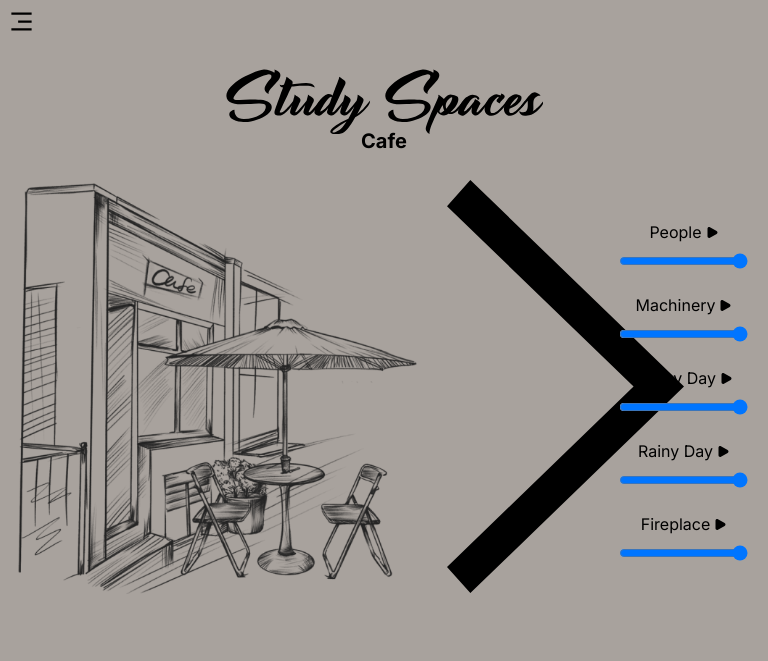
Repository: kaitlynlie/studyspaces
Page: / (app in studyspaces/)
The author's editor kept a copy of each file at every save. The page is drawn from the files as they stood at one save, then again after the next save.
The browser window is 768 px wide. The pictures show the whole page.
The project was rebuilt for these pictures with package versions that can differ from the ones it lists, and the page was loaded fresh each time. Also part of the build but not shown: studyspaces/vite.config.ts. Imported but missing from the stored project, and not drawn on this page: studyspaces/src/audio/fireplace.wav, studyspaces/src/audio/people.wav, studyspaces/src/audio/rain.wav, studyspaces/src/audio/softmachinery.mp3, studyspaces/src/audio/sun.wav.

Above is the page before, as saved 2023-09-28 23:54:36.

### studyspaces/index.html
<!DOCTYPE html>
<html lang="en">
  <head>
    <meta charset="UTF-8" />
    <link rel="icon" type="image/svg+xml" href="/vite.svg" />
    <meta name="viewport" content="width=device-width, initial-scale=1.0" />
    <title>Study Spaces</title>
  </head>
  <body>
    <div id="root"></div>
    <script type="module" src="/src/main.tsx"></script>
  </body>
</html>

### studyspaces/src/main.tsx
import React from 'react'
import ReactDOM from 'react-dom/client'
import App from './App'
import './index.scss'
import { BrowserRouter } from 'react-router-dom'

ReactDOM.createRoot(document.getElementById('root')!).render(
  <BrowserRouter>
    <App />
  </BrowserRouter>,
)

### studyspaces/src/App.tsx
import clsx from "clsx";
import { Route, Routes } from 'react-router-dom'
import React from "react";
import { Home } from "./pages/Home";
import { Navbar } from "./pages";

function App() {
  return (
    <>
      <div className={clsx("app", "w-full overflow-hidden")}>
          {/* <img
            src={tracks}
            alt='tracks'
            className={clsx(styles.tracks)}
          />  */}
        <Navbar />
        <Routes>
          <Route index path="/" element={<Home />} />
          {/* <Route path="about" element={<About />} />
          <Route path="membership" element={<Membership />} />
          <Route path="faq" element={<FAQ />} />
          <Route path="blog" element={<Blog />} />
          <Route path="careers" element={<Careers />} />
          <Route path='blog2' element={<Blog2 />} /> */}
      </Routes>
      </div>
    </>
  )
  }

export default App;

### studyspaces/src/index.scss
@import url("https://fonts.googleapis.com/css2?family=Inter:wght@400;500;600;700;800;900&display=swap");
// @import "./style/globals/general.scss";

@tailwind base;
@tailwind components;
@tailwind utilities;

:root {
  font-family: Inter;
  overflow-x: hidden;
}

@keyframes jump {
  0%, 100% {
    transform: translateY(0);
  }
  50% {
    transform: translateY(-20px);
  }
}

.jumping-word {
  display: inline-block;
  animation: jump 1s infinite;
}

### studyspaces/src/pages/Home.tsx
import styles from "./home.module.scss";
import clsx from "clsx";
import { title, coffee, leftarrow, rightarrow, play, pause } from "../assets";
import React, { ChangeEvent, useState, useRef } from 'react';
import { people, machinery, sunny, rainy, fire } from "../audio";
import { Navbar } from ".";
import { Link } from 'react-router-dom'
import { RiMenu3Line, RiCloseLine } from 'react-icons/ri';

export function Home() {
  const [sliderValues, setSliderValues] = useState({
    peopleVolumeSlider: 1,
    machVolumeSlider: 1,
    sunnyVolumeSlider: 1,
    rainyVolumeSlider: 1,
    fireVolumeSlider: 1,
  });

  const handleSliderChange = (event: ChangeEvent<HTMLInputElement>) => {
    const { id, value } = event.target;
    setSliderValues((prevValues) => ({
      ...prevValues,
      [id]: parseFloat(value),
    }));
  };

  const [isPlaying, setIsPlaying] = useState<AudioState>({});

  interface AudioState {
    [key: string]: boolean;
  }

  const handlePlayButtonClick = (audioId: string) => {
    setIsPlaying((prevState) => ({
      ...prevState,
      [audioId]: !prevState[audioId] || !prevState[audioId],
    }));
  };

  const [toggleMenu, setToggleMenu] = useState(false);
  const [nav, setNav] = useState(false);

  const openNav = () => {
    setNav(!nav);
  };

  return (
    <div className={clsx(styles.body)}>
        <section className={clsx(styles.home)}>
          <div className={clsx(styles.header)}>
            <div className={clsx(styles.studyspaces)}>
              <img src={title} className={clsx(styles.title)}/>
            </div>
          </div>
            <h4>Cafe</h4>
            <div className={clsx(styles.content)}>
              <div className={clsx(styles.hero)}>
                <img id="leftArrow" src={leftarrow} />
                <img src={coffee} className={clsx(styles.coffee)} />
                <img id="rightArrow" src={rightarrow} />
              </div>

              <div className={clsx(styles.audiolist)}>
                <div className={clsx(styles.audio)}>
                  <div className={clsx(styles.title)}>
                    <p>People</p>
                    <img
                      src={play}
                      width="11"
                      height="11"
                      id="peoplePlayButton"
                      onClick={() => handlePlayButtonClick("peopleAudioPlayer")}                    />
                  </div>
                  <audio id="peopleAudioPlayer">
                    <source src={people} type="audio/wav" />
                  </audio>
                  <input
                    type="range"
                    id="peopleVolumeSlider"
                    min={0}
                    max={1}
                    step={0.1}
                    value={sliderValues.peopleVolumeSlider}
                    onChange={handleSliderChange}
                  />
                </div>

                <div className={clsx(styles.audio)}>
                  <div className={clsx(styles.title)}>
                    <p>Machinery</p>
                    <img
                      src={play}
                      width="11"
                      height="11"
                      id="machPlayButton"
                      onClick={() => handlePlayButtonClick("machAudioPlayer")}
                    />
                  </div>
                  <audio id="machAudioPlayer">
                    <source src={machinery} type="audio/mp3" />
                  </audio>
                  <input
                    type="range"
                    id="machVolumeSlider"
                    min={0}
                    max={1}
                    step={0.1}
                    value={sliderValues.machVolumeSlider}
                    onChange={handleSliderChange}
                  />
                </div>

                <div className={clsx(styles.audio)}>
                  <div className={clsx(styles.title)}>
                    <p>Sunny Day</p>
                    <img
                      src={play}
                      width="11"
                      height="11"
                      id="sunnyPlayButton"
                      onClick={() => handlePlayButtonClick("sunnyAudioPlayer")}
                    />
                  </div>
                  <audio id="sunnyAudioPlayer">
                    <source src={sunny} type="audio/wav" />
                  </audio>
                  <input
                    type="range"
                    id="sunnyVolumeSlider"
                    min={0}
                    max={1}
                    step={0.1}
                    value={sliderValues.sunnyVolumeSlider}
                    onChange={handleSliderChange}
                  />
                </div>

                <div className={clsx(styles.audio)}>
                  <div className={clsx(styles.title)}>
                    <p>Rainy Day</p>
                    <img
                      src={play}
                      width="11"
                      height="11"
                      id="rainyPlayButton"
                      onClick={() => handlePlayButtonClick("rainyAudioPlayer")}
                    />
                  </div>
                  <audio id="rainyAudioPlayer">
                    <source src={rainy} type="audio/wav" />
                  </audio>
                  <input
                    type="range"
                    id="rainyVolumeSlider"
                    min={0}
                    max={1}
                    step={0.1}
                    value={sliderValues.rainyVolumeSlider}
                    onChange={handleSliderChange}
                  />
                </div>

                <div className={clsx(styles.audio)}>
                  <div className={clsx(styles.title)}>
                    <p>Fireplace</p>
                    <img
                      src={play}
                      width="11"
                      height="11"
                      id="firePlayButton"
                      onClick={() => handlePlayButtonClick("fireAudioPlayer")}
                    />
                  </div>
                  <audio id="fireAudioPlayer">
                    <source src={fire} type="audio/wav" />
                  </audio>
                  <input
                    type="range"
                    id="fireVolumeSlider"
                    min={0}
                    max={1}
                    step={0.1}
                    value={sliderValues.fireVolumeSlider}
                    onChange={handleSliderChange}
                  />
                </div>
              </div>
            </div>
        </section>
    </div>
  );
}

### studyspaces/src/pages/index.ts
import Navbar from "./Navbar";

export {
    Navbar
}

### studyspaces/src/pages/home.module.scss
body {
    background-color: rgb(168, 162, 157);
    section.home {
        padding: 10px;
        display: flex;
        flex-direction: column;
        justify-content: center;
        align-items: center;
        overflow-y: hidden;
        .header {
          display: flex;
          justify-content: space-between;
          align-items: center;
          .studyspaces {
            display: flex;
            justify-content: center;
            align-items: center;
            .title {
              margin-top: 20px;
            }
          }
          .toggle {
            margin-top: -20px;
            cursor: pointer;
            z-index: 10;
            display: flex;
            justify-content: flex-end;
            text-align: end;
            .box {
              display: flex;
              justify-content: flex-end;
              align-items: flex-end;
              flex-direction: column;
              text-align: end;
              background-color: #ffffffc9;
              padding: 30px;
              position: absolute;
              top: 40px;
              right: 10px;
              border-radius: 5px;
              box-shadow: 0 10px 20px 0 rgba(0, 0, 0, 0.5);
              z-index: 10;
              .dropdown {
                display: flex;
                justify-content: flex-end;
                align-items: flex-end;
                flex-direction: column;
                color: white;
                text-align: end;
                padding: 1px;
                li {
                  margin-top: 8px;
                  list-style-type: none;
                  text-decoration: none;
                  color: black;
                  a {
                    text-decoration: none;
                    color: black;
                  }
                }
              }
            }
          }
        }
        h4 {
            text-align: center;
            font-size: 20px;
            font-weight: 700;
            margin-top: -5px;
        }
        .content {
            display: flex;
            justify-content: space-between;
            gap: 200px;
            transition: gap 0.3s ease;
            // @media (max-width: 1089px) {
            //     gap: 50px;
            // }
            // @media (max-width: 919px) {
            //   flex-direction: column;
            // }
            .hero {
                display: flex;
                justify-content: center;
                gap: 30px;
                .coffee {
                    max-width: 550px;
                    max-height: 550px;
                    width: 100%;
                    height: 100%;
                    @media (max-width: 664px) {
                        max-width: 300px;
                        max-height: 300px;
                    }
                }
            }
            .audiolist {
                display: flex;
                flex-direction: column;
                align-items: center;
                justify-content: center;
                .audio {
                    display: flex;
                    flex-direction: column;
                    justify-content: center;
                    align-items: center;
                    .title {
                        display: flex;
                        flex-direction: row;
                        justify-content: center;
                        align-items: center;
                        gap: 5px;
                        img {
                            cursor: pointer;
                        }
                        .custom-range-slider {
                            appearance: none;
                            width: 100%;
                            height: 8px;
                            border-radius: 5px;
                            background-color: black;
                            outline: none;
                          }

                          .custom-range-slider::-webkit-slider-thumb {
                            appearance: none;
                            width: 16px;
                            height: 16px;
                            border-radius: 50%;
                            background-color: white;
                            cursor: pointer;
                          }

                          .custom-range-slider::-moz-range-thumb {
                            width: 16px;
                            height: 16px;
                            border-radius: 50%;
                            background-color: white;
                            cursor: pointer;
                          }

                          .custom-range-slider::-ms-thumb {
                            width: 16px;
                            height: 16px;
                            border-radius: 50%;
                            background-color: white;
                            cursor: pointer;
                          }
                        #peopleVolumeSlider {
                            -webkit-appearance: none;
                            appearance: none;
                            width: 100%;
                            height: 5px;
                            background-color: black; /* Set the default color of the track/bar */
                            outline: none;
                            position: relative;
                          }

                          #peopleVolumeSlider::-webkit-slider-thumb {
                            -webkit-appearance: none;
                            appearance: none;
                            width: 12px;
                            height: 12px;
                            background-color: black; /* Set the color of the slider thumb */
                            cursor: pointer;
                            border-radius: 50%;
                            position: relative;
                            z-index: 1;
                          }

                          #sunnyVolumeSlider {
                            -webkit-appearance: none;
                            appearance: none;
                            width: 100%;
                            height: 5px;
                            background-color: black; /* Set the default color of the track/bar */
                            outline: none;
                            position: relative;
                          }

                          #sunnyVolumeSlider::-webkit-slider-thumb {
                            -webkit-appearance: none;
                            appearance: none;
                            width: 12px;
                            height: 12px;
                            background-color: black; /* Set the color of the slider thumb */
                            cursor: pointer;
                            border-radius: 50%;
                            position: relative;
                            z-index: 1;
                          }

                          #rainyVolumeSlider {
                            -webkit-appearance: none;
                            appearance: none;
                            width: 100%;
                            height: 5px;
                            background-color: black; /* Set the default color of the track/bar */
                            outline: none;
                            position: relative;
                          }

                          #rainyVolumeSlider::-webkit-slider-thumb {
                            -webkit-appearance: none;
                            appearance: none;
                            width: 12px;
                            height: 12px;
                            background-color: black; /* Set the color of the slider thumb */
                            cursor: pointer;
                            border-radius: 50%;
                            position: relative;
                            z-index: 1;
                          }

                          #machVolumeSlider {
                            -webkit-appearance: none;
                            appearance: none;
                            width: 100%;
                            height: 5px;
                            background-color: black; /* Set the default color of the track/bar */
                            outline: none;
                            position: relative;
                          }

                          #machVolumeSlider::-webkit-slider-thumb {
                            -webkit-appearance: none;
                            appearance: none;
                            width: 12px;
                            height: 12px;
                            background-color: black; /* Set the color of the slider thumb */
                            cursor: pointer;
                            border-radius: 50%;
                            position: relative;
                            z-index: 1;
                          }

                          #fireVolumeSlider {
                            -webkit-appearance: none;
                            appearance: none;
                            width: 100%;
                            height: 5px;
                            background-color: black; /* Set the default color of the track/bar */
                            outline: none;
                            position: relative;
                          }

                          #fireVolumeSlider::-webkit-slider-thumb {
                            -webkit-appearance: none;
                            appearance: none;
                            width: 12px;
                            height: 12px;
                            background-color: black; /* Set the color of the slider thumb */
                            cursor: pointer;
                            border-radius: 50%;
                            position: relative;
                            z-index: 1;
                          }
                    }
                    input {
                        margin-top: -5px;
                        margin-bottom: 10px
                    }
                }
            }
        }
    }
}

### studyspaces/src/assets/index.ts
import title from './title.svg'
import coffee from './coffee.png'
import leftarrow from './leftarrow.svg'
import rightarrow from './rightarrow.svg'
import play from './play.svg'
import pause from './pause.svg'

export {
    title,
    coffee,
    leftarrow,
    rightarrow,
    play,
    pause
}

### studyspaces/src/audio/index.ts
import people from './people.wav'
import machinery from './softmachinery.mp3'
import sunny from './sun.wav'
import rainy from './rain.wav'
import fire from './fireplace.wav'

export {
    people,
    machinery,
    sunny,
    rainy,
    fire
}

### studyspaces/src/pages/Navbar.tsx
import React from 'react'
import styles from './Navbar.module.scss'
import clsx from 'clsx'
import { title } from '../assets'
import { Link } from 'react-router-dom'
import { useState } from 'react'
import { RiMenu3Line, RiCloseLine } from 'react-icons/ri';

const Navbar = () => {
  const [toggleMenu, setToggleMenu] = useState(false);
  const [nav, setNav] = useState(false);

  const openNav = () => {
    setNav(!nav);
  };

  return (
    <nav className={clsx(styles.navbar)}>
    <div className={clsx(styles.toggle)}>
        {toggleMenu
          ? <RiCloseLine color="#000" size={27} onClick={() => setToggleMenu(false)} />
          : <RiMenu3Line color="#000" size={27} onClick={() => setToggleMenu(true)} />}
        {toggleMenu && (
        <div className={clsx(styles.box)}>
          <div className="none">
            <ul className={clsx(styles.dropdown)}>
            <Link onClick={openNav} to='/'><li><a>Home</a></li></Link>
            <Link onClick={openNav} to='/about'><li><a>About</a></li></Link>
            <Link onClick={openNav} to='/membership'><li><a>Todo</a></li></Link>
            <Link onClick={openNav} to='/faq'><li><a>Timer</a></li></Link>
            </ul>
          </div>
        </div>
        )}
        </div>
  </nav>
  )
}

export default Navbar

### studyspaces/src/pages/Navbar.module.scss
nav.navbar {
    display: flex;
    flex-direction: row;
    align-items: center;
    justify-content: space-between;
    z-index: 10;
    .toggle {
      cursor: pointer;
      z-index: 10;
      .box {
        display: flex;
        justify-content: flex-end;
        align-items: flex-end;
        flex-direction: column;
        text-align: end;
        background-color: #ffffffc9;
        padding: 30px;
        position: absolute;
        top: 40px;
        right: 10px;
        border-radius: 5px;
        box-shadow: 0 10px 20px 0 rgba(0, 0, 0, 0.5);
        z-index: 10;
        .dropdown {
          display: flex;
          justify-content: flex-end;
          align-items: flex-end;
          flex-direction: column;
          color: white;
          text-align: end;
          padding: 1px;
          li {
            margin-top: 8px;
            list-style-type: none;
            text-decoration: none;
            color: black;
          }
        }
      }
    }
  }

After the next save:
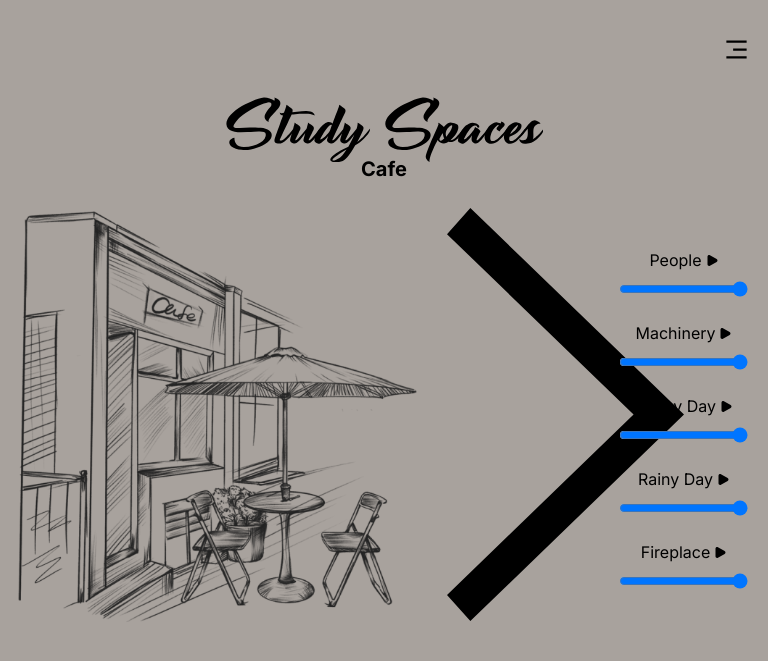
Saved 37 s later.
--- a/studyspaces/src/pages/Navbar.module.scss
+++ b/studyspaces/src/pages/Navbar.module.scss
@@ -1,41 +1,70 @@
 nav.navbar {
-    display: flex;
-    flex-direction: row;
-    align-items: center;
-    justify-content: space-between;
-    z-index: 10;
-    .toggle {
+  margin-top: 36px;
+  display: flex;
+  flex-direction: row;
+  align-items: center;
+  justify-content: flex-end;
+  ul {
+      // gap: 64px;
+      display: block;
+      @media (max-width: 790px) {
+          display: none;
+      }
+     a {
+      color: white;
       cursor: pointer;
+      margin-right: 64px;
+      font-weight: 700;
       z-index: 10;
-      .box {
-        display: flex;
-        justify-content: flex-end;
-        align-items: flex-end;
-        flex-direction: column;
-        text-align: end;
-        background-color: #ffffffc9;
-        padding: 30px;
-        position: absolute;
-        top: 40px;
-        right: 10px;
-        border-radius: 5px;
-        box-shadow: 0 10px 20px 0 rgba(0, 0, 0, 0.5);
-        z-index: 10;
-        .dropdown {
+      font-size: 16px;
+      transition: font-size 0.3s;
+     }
+     a:hover {
+      font-size: 20px;
+     }
+     .rightmost {
+      margin-right: 116px;
+      transition: margin-right 0.3s ease;
+      @media (max-width: 1149px) {
+          margin-right: 64px;
+      }
+     }
+  }
+  .toggle {
+      display: none;
+      color: white;
+      z-index: 10;
+      margin-right: 10px;
+      @media (max-width: 790px) {
+          display: block;
+      }
+      .dropdown {
+          margin-top: 1rem;
           display: flex;
           justify-content: flex-end;
           align-items: flex-end;
-          flex-direction: column;
-          color: white;
-          text-align: end;
-          padding: 1px;
-          li {
-            margin-top: 8px;
-            list-style-type: none;
-            text-decoration: none;
-            color: black;
+          text-align: flex-end;
+          background-color: rgba(255, 255, 255, 0.918);
+          position: absolute;
+          top: 50px;
+          right: 10px;
+          border-radius: 5px;
+          z-index: 10;
+          ul {
+              display: flex;
+              justify-content: flex-end;
+              align-items: flex-end;
+              flex-direction: column;
+              color: white;
+              text-align: end;
+              padding: 1rem 2rem;
+              a {
+                  color: black;
+                  z-index: 11;
+                  align-self: flex-end;
+                  margin-right: auto;
+              }
           }
-        }
       }
-    }
   }
+}
